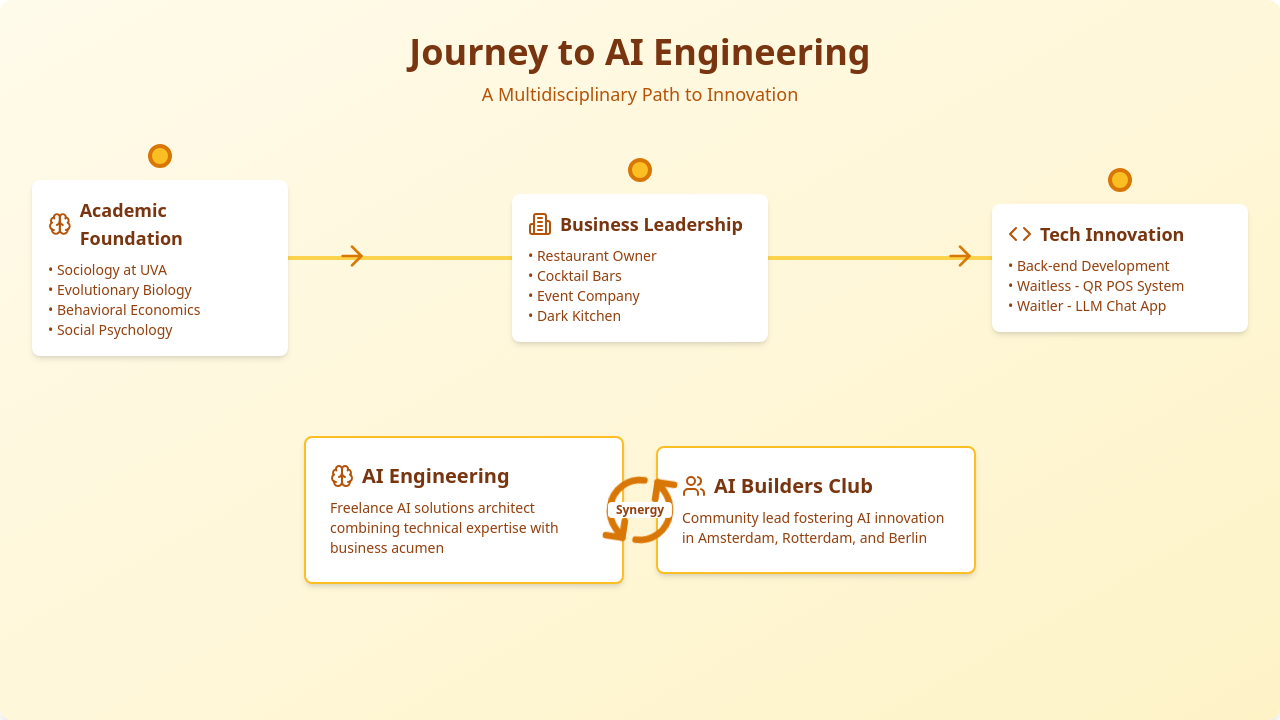
Repository: Galbaz1/dell_presentation
Page: /
The author's editor kept a copy of each file at every save. The page is drawn from the files as they stood at one save, then again after a run of saves.
The browser window is 1280 px wide. The pictures show the whole page.
The project was rebuilt for these pictures with package versions that can differ from the ones it lists, and the page was loaded fresh each time. The framework's server and built-in components were replaced by stand-ins that run in the browser.

Above is the page before, as saved 2024-11-11 12:07:18.

### pages/_app.tsx
import '../styles/globals.css'
import '../styles/speaker_intro.css'
import type { AppProps } from 'next/app'

function MyApp({ Component, pageProps }: AppProps) {
  return <Component {...pageProps} />
}

export default MyApp

### pages/index.tsx
import React from 'react';
import { Brain, Building2, Code, Users, ArrowRight, RefreshCcw } from 'lucide-react';

const SpeakerSlide: React.FC = () => {
  return (
    <div className="bg-gradient-to-br from-amber-50 to-amber-100 p-8 rounded-xl shadow-lg min-h-screen">
      {/* Header */}
      <div className="mb-12 text-center">
        <h1 className="text-4xl font-bold text-amber-900 mb-2">Journey to AI Engineering</h1>
        <p className="text-lg text-amber-700">A Multidisciplinary Path to Innovation</p>
      </div>

      {/* Timeline Journey */}
      <div className="relative mb-16">
        {/* Connecting Lines */}
        <div className="absolute top-1/2 left-0 w-full h-1 bg-amber-300" />

        {/* Journey Stations */}
        <div className="relative flex justify-between items-center">
          {/* Academic Foundation */}
          <div className="w-64 relative">
            <div className="absolute -top-3 left-1/2 transform -translate-x-1/2">
              <div className="w-6 h-6 rounded-full bg-amber-400 border-4 border-amber-600" />
            </div>
            <div className="bg-white p-4 rounded-lg shadow-md mt-6">
              <h2 className="text-lg font-semibold text-amber-900 mb-2 flex items-center">
                <Brain className="mr-2 text-amber-700" /> Academic Foundation
              </h2>
              <ul className="text-sm text-amber-800">
                <li>• Sociology at UVA</li>
                <li>• Evolutionary Biology</li>
                <li>• Behavioral Economics</li>
                <li>• Social Psychology</li>
              </ul>
            </div>
          </div>

          {/* Business Experience */}
          <div className="w-64 relative">
            <div className="absolute -top-3 left-1/2 transform -translate-x-1/2">
              <div className="w-6 h-6 rounded-full bg-amber-400 border-4 border-amber-600" />
            </div>
            <div className="bg-white p-4 rounded-lg shadow-md mt-6">
              <h2 className="text-lg font-semibold text-amber-900 mb-2 flex items-center">
                <Building2 className="mr-2 text-amber-700" /> Business Leadership
              </h2>
              <ul className="text-sm text-amber-800">
                <li>• Restaurant Owner</li>
                <li>• Cocktail Bars</li>
                <li>• Event Company</li>
                <li>• Dark Kitchen</li>
              </ul>
            </div>
          </div>

          {/* Tech Innovation */}
          <div className="w-64 relative">
            <div className="absolute -top-3 left-1/2 transform -translate-x-1/2">
              <div className="w-6 h-6 rounded-full bg-amber-400 border-4 border-amber-600" />
            </div>
            <div className="bg-white p-4 rounded-lg shadow-md mt-6">
              <h2 className="text-lg font-semibold text-amber-900 mb-2 flex items-center">
                <Code className="mr-2 text-amber-700" /> Tech Innovation
              </h2>
              <ul className="text-sm text-amber-800">
                <li>• Back-end Development</li>
                <li>• Waitless - QR POS System</li>
                <li>• Waitler - LLM Chat App</li>
              </ul>
            </div>
          </div>
        </div>

        {/* Arrows indicating flow */}
        <div className="absolute top-1/2 left-1/4 transform -translate-y-1/2">
          <ArrowRight className="text-amber-600 w-8 h-8" />
        </div>
        <div className="absolute top-1/2 left-3/4 transform -translate-y-1/2">
          <ArrowRight className="text-amber-600 w-8 h-8" />
        </div>
      </div>

      {/* Current Roles Synergy Circle */}
      <div className="relative max-w-2xl mx-auto mt-20">
        <div className="flex justify-between items-center">
          {/* AI Engineering Role */}
          <div className="w-80 bg-white p-6 rounded-lg shadow-md border-2 border-amber-400">
            <h2 className="text-xl font-semibold text-amber-900 mb-2 flex items-center">
              <Brain className="mr-2 text-amber-700" /> AI Engineering
            </h2>
            <p className="text-sm text-amber-800">
              Freelance AI solutions architect combining technical expertise with business acumen
            </p>
          </div>

          {/* AI Builders Role */}
          <div className="w-80 bg-white p-6 rounded-lg shadow-md border-2 border-amber-400">
            <h2 className="text-xl font-semibold text-amber-900 mb-2 flex items-center">
              <Users className="mr-2 text-amber-700" /> AI Builders Club
            </h2>
            <p className="text-sm text-amber-800">
              Community lead fostering AI innovation in Amsterdam, Rotterdam, and Berlin
            </p>
          </div>
        </div>

        {/* Synergy Arrows */}
        <div className="absolute top-1/2 left-1/2 transform -translate-x-1/2 -translate-y-1/2 w-20 h-20">
          <div className="relative w-full h-full">
            <RefreshCcw className="w-full h-full text-amber-600 animate-spin-slow" />
            <div className="absolute top-1/2 left-1/2 transform -translate-x-1/2 -translate-y-1/2 text-xs text-amber-800 font-semibold bg-white px-2 rounded">
              Synergy
            </div>
          </div>
        </div>
      </div>
    </div>
  );
};

export default SpeakerSlide;

### styles/speaker_intro.css
@keyframes spin-slow {
  from {
    transform: rotate(0deg);
  }
  to {
    transform: rotate(360deg);
  }
}

.animate-spin-slow {
  animation: spin-slow 20s linear infinite;
}

@keyframes fallIn {
  0% {
    transform: translateY(-100vh) rotate(0deg);
    opacity: 0;
  }
  60% {
    transform: translateY(20px) rotate(720deg);
  }
  80% {
    transform: translateY(-10px) rotate(720deg);
  }
  100% {
    transform: translateY(0) rotate(720deg);
    opacity: 1;
  }
}

@keyframes footsteps {
  0% {
    clip-path: inset(0 100% 0 0);
  }
  100% {
    clip-path: inset(0 0 0 0);
  }
}

@keyframes dotted-line {
  0% {
    stroke-dashoffset: 1000;
  }
  100% {
    stroke-dashoffset: 0;
  }
}

@keyframes synergy-appear {
  0% {
    transform: scale(0) rotate(0deg);
    opacity: 0;
  }
  100% {
    transform: scale(1) rotate(360deg);
    opacity: 1;
  }
}

.fall-animation {
  opacity: 0;
  animation: fallIn 2s cubic-bezier(0.25, 0.46, 0.45, 0.94) forwards;
}

.fall-animation-delay-1 {
  animation-delay: 2s;
}

.fall-animation-delay-2 {
  animation-delay: 4s;
}

.footsteps-path {
  stroke-dasharray: 10;
  stroke-dashoffset: 1000;
  animation: dotted-line 1.5s ease-in-out forwards;
}

.footsteps-animation-1 {
  animation-delay: 1.5s;
}

.footsteps-animation-2 {
  animation-delay: 3.5s;
}

.synergy-animation {
  opacity: 0;
  animation: synergy-appear 2s cubic-bezier(0.34, 1.56, 0.64, 1) forwards;
  animation-delay: 6s;
}

### tailwind.config.js
/** @type {import('tailwindcss').Config} */
module.exports = {
  content: [
    "./pages/**/*.{js,ts,jsx,tsx}",
    "./components/**/*.{js,ts,jsx,tsx}",
    "./styles/**/*.css",
  ],
  theme: {
    extend: {},
  },
  plugins: [],
}

Loaded but not shown: styles/globals.css (common file)

After the next 3 saves:
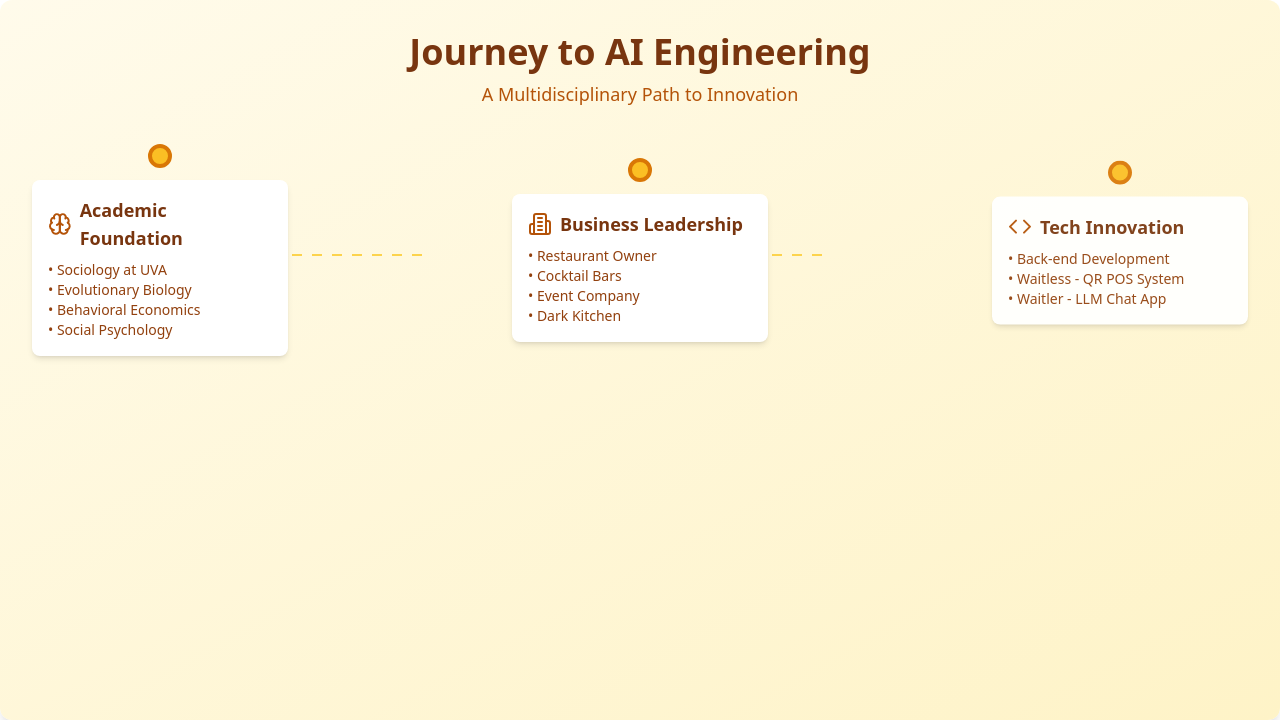
The 3 saves are shown as one change because they came seconds apart.
The last was saved 10 s later.
--- a/pages/index.tsx
+++ b/pages/index.tsx
@@ -3,7 +3,7 @@ import { Brain, Building2, Code, Users, ArrowRight, RefreshCcw } from 'lucide-re
 
 const SpeakerSlide: React.FC = () => {
   return (
-    <div className="bg-gradient-to-br from-amber-50 to-amber-100 p-8 rounded-xl shadow-lg min-h-screen">
+    <div className="bg-gradient-to-br from-amber-50 to-amber-100 p-8 rounded-xl shadow-lg min-h-screen overflow-hidden">
       {/* Header */}
       <div className="mb-12 text-center">
         <h1 className="text-4xl font-bold text-amber-900 mb-2">Journey to AI Engineering</h1>
@@ -13,12 +13,29 @@ const SpeakerSlide: React.FC = () => {
       {/* Timeline Journey */}
       <div className="relative mb-16">
         {/* Connecting Lines */}
-        <div className="absolute top-1/2 left-0 w-full h-1 bg-amber-300" />
+        <svg className="absolute top-1/2 left-0 w-full h-1" style={{ transform: 'translateY(-50%)' }}>
+          <path
+            d="M100 0 L400 0"
+            className="footsteps-path footsteps-animation-1"
+            stroke="#fcd34d"
+            strokeWidth="4"
+            fill="none"
+            strokeDasharray="10"
+          />
+          <path
+            d="M500 0 L800 0"
+            className="footsteps-path footsteps-animation-2"
+            stroke="#fcd34d"
+            strokeWidth="4"
+            fill="none"
+            strokeDasharray="10"
+          />
+        </svg>
 
         {/* Journey Stations */}
         <div className="relative flex justify-between items-center">
           {/* Academic Foundation */}
-          <div className="w-64 relative">
+          <div className="w-64 relative fall-animation">
             <div className="absolute -top-3 left-1/2 transform -translate-x-1/2">
               <div className="w-6 h-6 rounded-full bg-amber-400 border-4 border-amber-600" />
             </div>
@@ -36,7 +53,7 @@ const SpeakerSlide: React.FC = () => {
           </div>
 
           {/* Business Experience */}
-          <div className="w-64 relative">
+          <div className="w-64 relative fall-animation fall-animation-delay-1">
             <div className="absolute -top-3 left-1/2 transform -translate-x-1/2">
               <div className="w-6 h-6 rounded-full bg-amber-400 border-4 border-amber-600" />
             </div>
@@ -54,7 +71,7 @@ const SpeakerSlide: React.FC = () => {
           </div>
 
           {/* Tech Innovation */}
-          <div className="w-64 relative">
+          <div className="w-64 relative fall-animation fall-animation-delay-2">
             <div className="absolute -top-3 left-1/2 transform -translate-x-1/2">
               <div className="w-6 h-6 rounded-full bg-amber-400 border-4 border-amber-600" />
             </div>
@@ -70,19 +87,11 @@ const SpeakerSlide: React.FC = () => {
             </div>
           </div>
         </div>
-
-        {/* Arrows indicating flow */}
-        <div className="absolute top-1/2 left-1/4 transform -translate-y-1/2">
-          <ArrowRight className="text-amber-600 w-8 h-8" />
-        </div>
-        <div className="absolute top-1/2 left-3/4 transform -translate-y-1/2">
-          <ArrowRight className="text-amber-600 w-8 h-8" />
-        </div>
       </div>
 
       {/* Current Roles Synergy Circle */}
       <div className="relative max-w-2xl mx-auto mt-20">
-        <div className="flex justify-between items-center">
+        <div className="flex justify-between items-center synergy-animation">
           {/* AI Engineering Role */}
           <div className="w-80 bg-white p-6 rounded-lg shadow-md border-2 border-amber-400">
             <h2 className="text-xl font-semibold text-amber-900 mb-2 flex items-center">
@@ -105,7 +114,7 @@ const SpeakerSlide: React.FC = () => {
         </div>
 
         {/* Synergy Arrows */}
-        <div className="absolute top-1/2 left-1/2 transform -translate-x-1/2 -translate-y-1/2 w-20 h-20">
+        <div className="absolute top-1/2 left-1/2 transform -translate-x-1/2 -translate-y-1/2 w-20 h-20 synergy-animation">
           <div className="relative w-full h-full">
             <RefreshCcw className="w-full h-full text-amber-600 animate-spin-slow" />
             <div className="absolute top-1/2 left-1/2 transform -translate-x-1/2 -translate-y-1/2 text-xs text-amber-800 font-semibold bg-white px-2 rounded">
